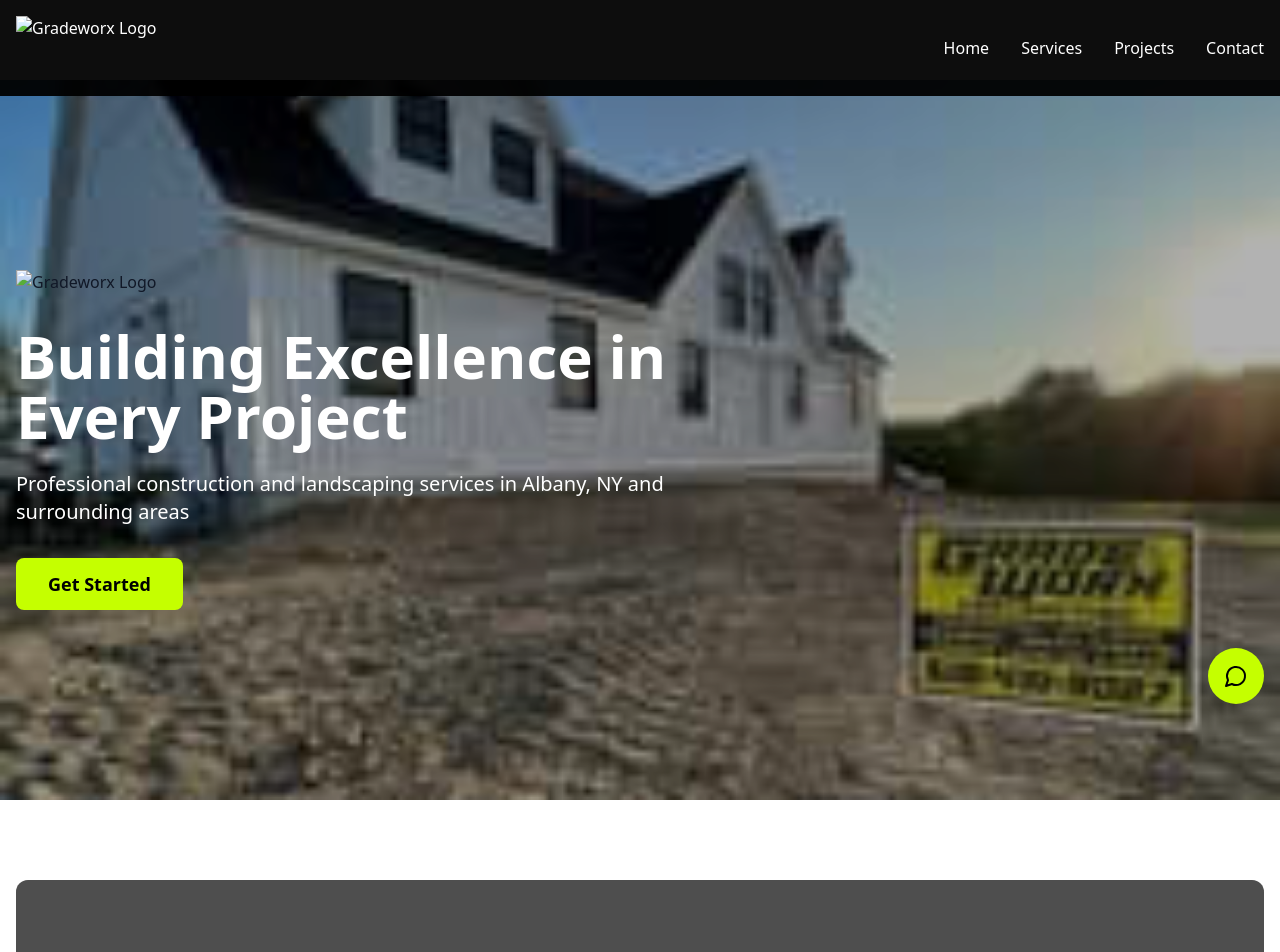
Repository: gabe126679/GradeWorx
Page: /
The author's editor kept a copy of each file at every save. The page is drawn from the files as they stood at one save, then again after the next save.
The browser window is 1280 px wide. The pictures show the part of the page from y = 0 to 952 px (the page is 3566 px tall).
Pictures or frames that could not be fetched are drawn as grey boxes. The project was rebuilt for these pictures with package versions that can differ from the ones it lists, and the page was loaded fresh each time. Also part of the build but not shown: vite.config.ts.

Above is the page before, as saved 2024-12-15 23:54:29.
Not found: images/logo.jpg

After the next save:
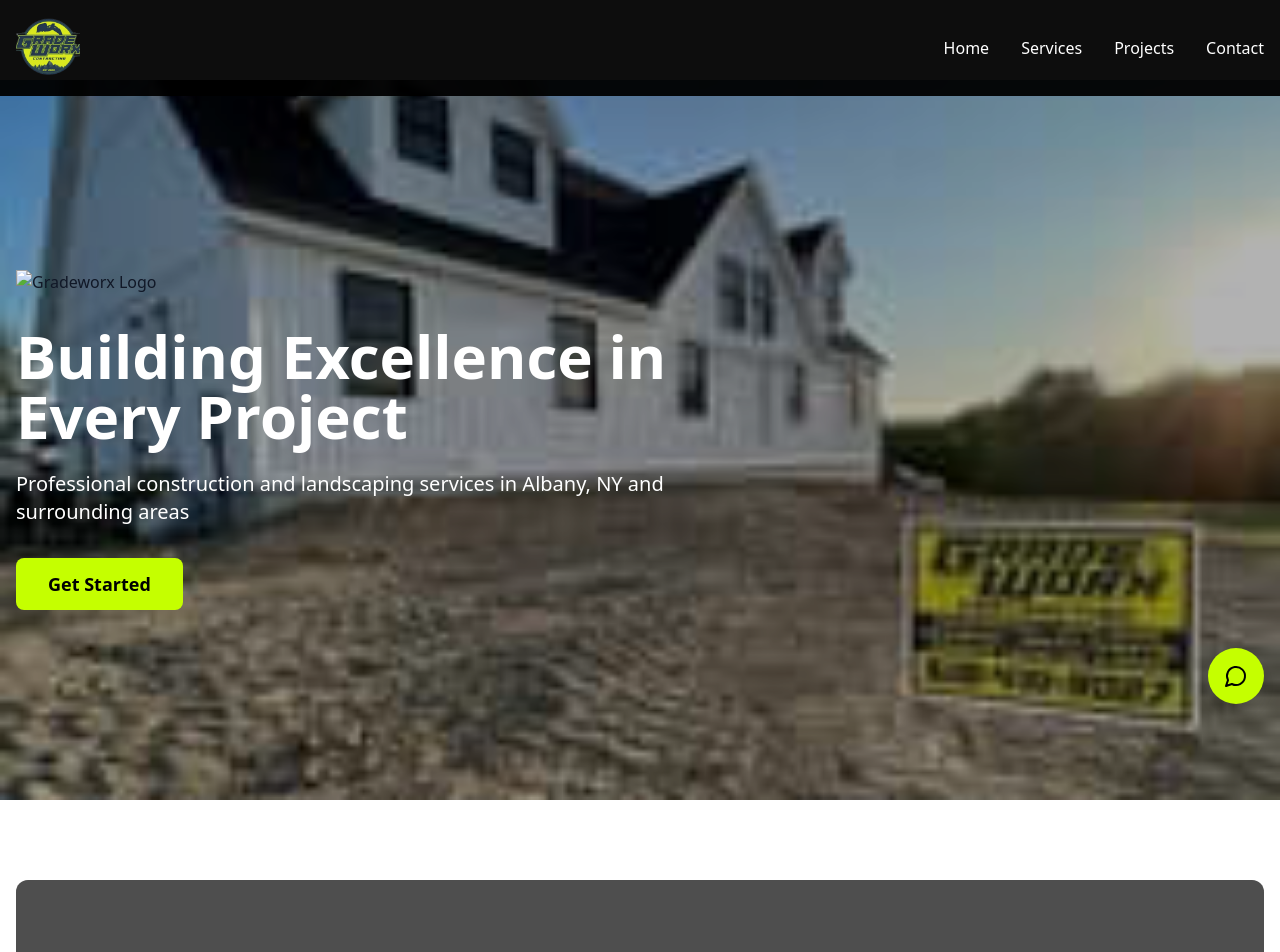
Saved 5 min 9 s later.
--- a/src/components/Header.tsx
+++ b/src/components/Header.tsx
@@ -12,7 +12,7 @@
         <div className="flex items-center justify-between">
           <Link href="/" className="flex items-center space-x-2">
             <img
-              src="/images/logo.jpg"
+              src="/images/logo.png"
               alt="Gradeworx Logo"
               className="h-16 w-auto"
               style={{ filter: 'brightness(1.1)' }}
